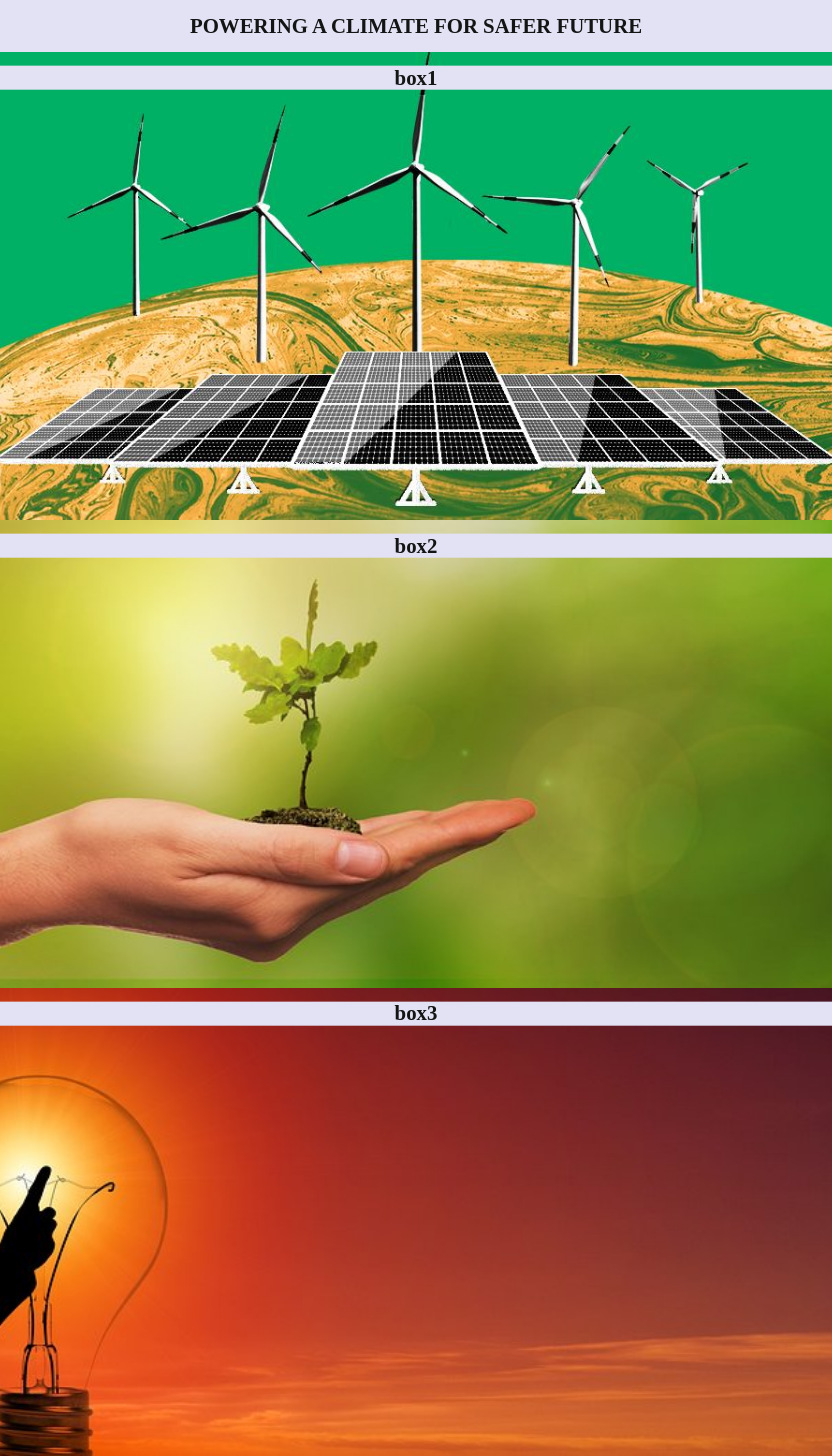
Repository: NavinDayanithi/static-web-design-competition
Page: index.html
These files come from the project's save history. The page is drawn as it stood at one moment and after a run of saves; the edit follows.
The browser window is 1280 px wide. The pictures show the whole page, at 65% of full size.
Backgrounds fixed to the window are drawn as part of the page.

Above is the page before, as saved 2023-04-28 19:44:10.

### index.html
<!DOCTYPE html>
<html lang="en">
<head>
  <title>POWERING CLIMATE </title>
  <link rel="stylesheet" href="styles.css">
</head>
<body>
    <h1 >POWERING A CLIMATE FOR SAFER FUTURE</h1>
    <div class="box1">
        <h1>box1</h1>
    </div>
    <div class="box2">
        <h1>box2</h1>
    </div>
    <div class="box3">
        <h1>box3</h1>
    </div>
</body>
</html>

### styles.css
*{
    background-color: rgb(227, 225, 244);
}
h1
{
    text-align:center;
    color:rgb(19, 20, 20);

}

 body{
    margin: 0;
    padding: 0;
    /* background-color: blue; */
}
head{
    text-align: center;
}

.box1{
    height: 100vh;
    width:100%;
    background-image: url(img1.jpg);
    background-size: cover;
    background-position: center;
    display: table;
    background-attachment: fixed;
}

.box2{
    height: 100vh;
    width:100%;
    background-image: url(img2.jpg);
    background-size: cover;
    background-position: center;
    display: table;
    background-attachment: fixed;
}

.box3{
    height: 100vh;
    width:100%;
    background-image: url(img3.jpg);
    background-size: cover;
    background-position: center;
    display: table;
    background-attachment: fixed;
}

After the next 2 saves:
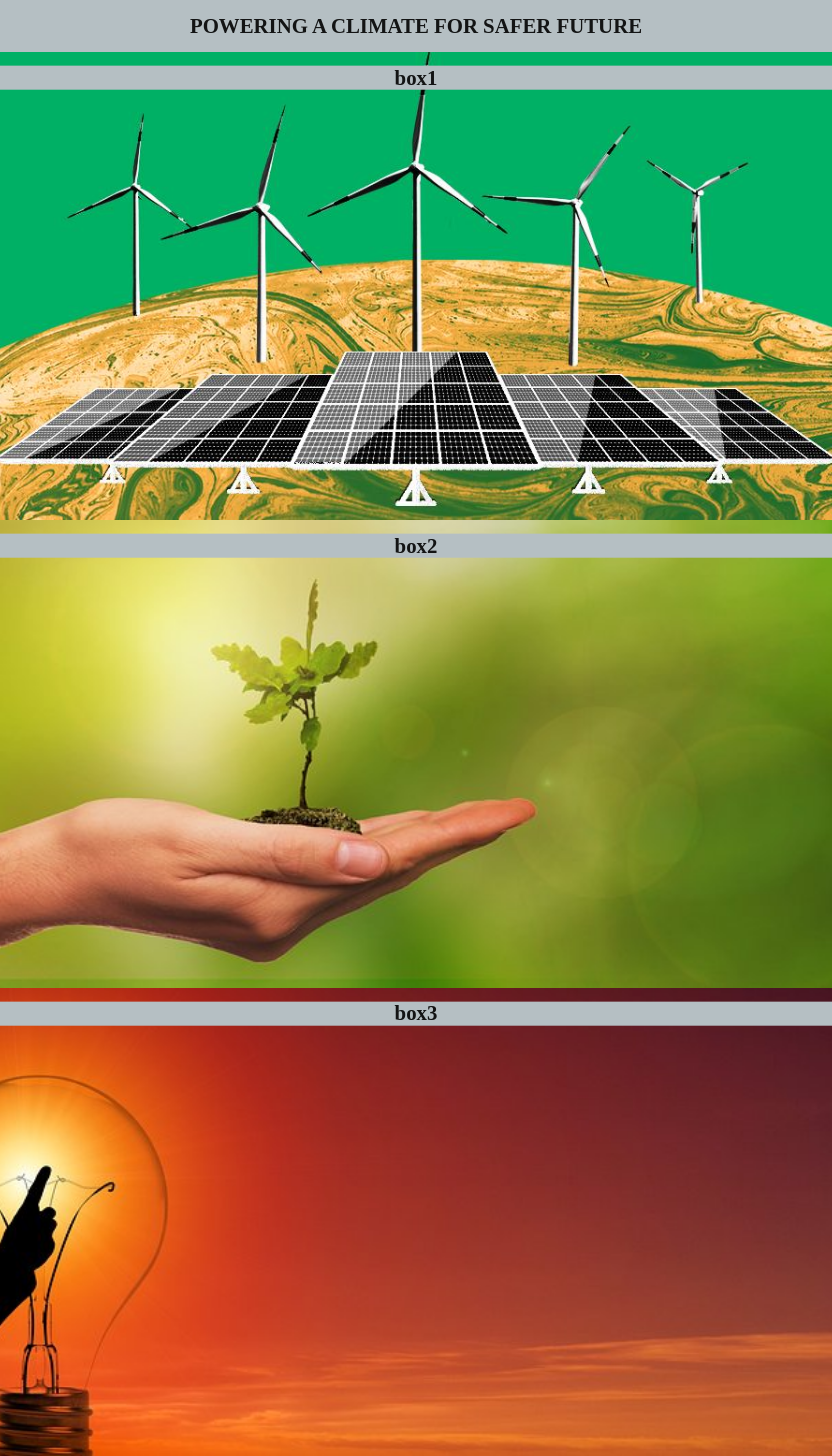
The 2 saves are shown as one change because they came seconds apart.
The last was saved 8 s later.
--- a/styles.css
+++ b/styles.css
@@ -1,5 +1,5 @@
 *{
-    background-color: rgb(227, 225, 244);
+    background-color: rgb(181, 191, 195);
 }
 h1
 {

After the save that followed:
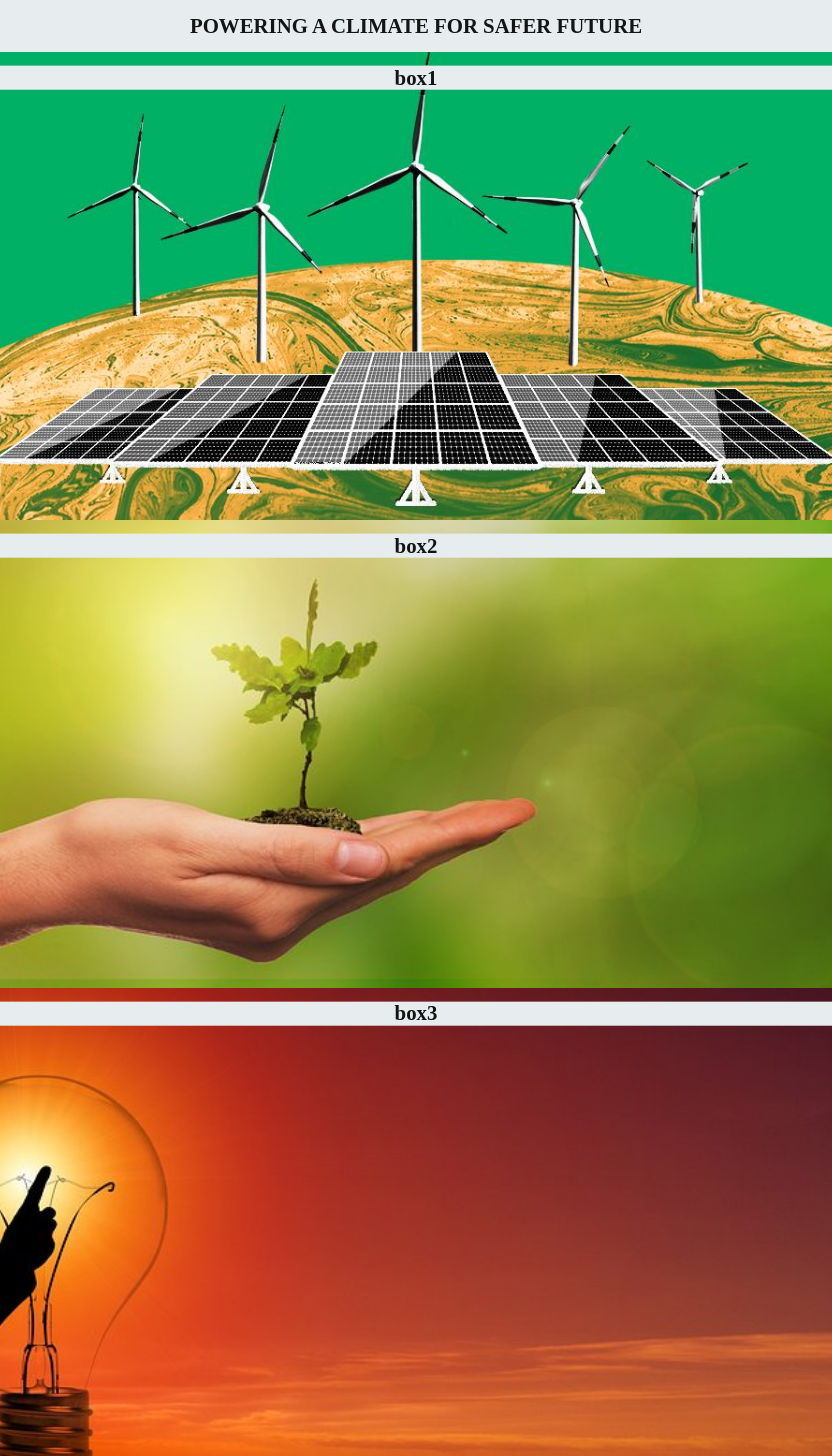
Saved 7 s later.
--- a/styles.css
+++ b/styles.css
@@ -1,5 +1,5 @@
 *{
-    background-color: rgb(181, 191, 195);
+    background-color: rgb(231, 237, 239);
 }
 h1
 {
